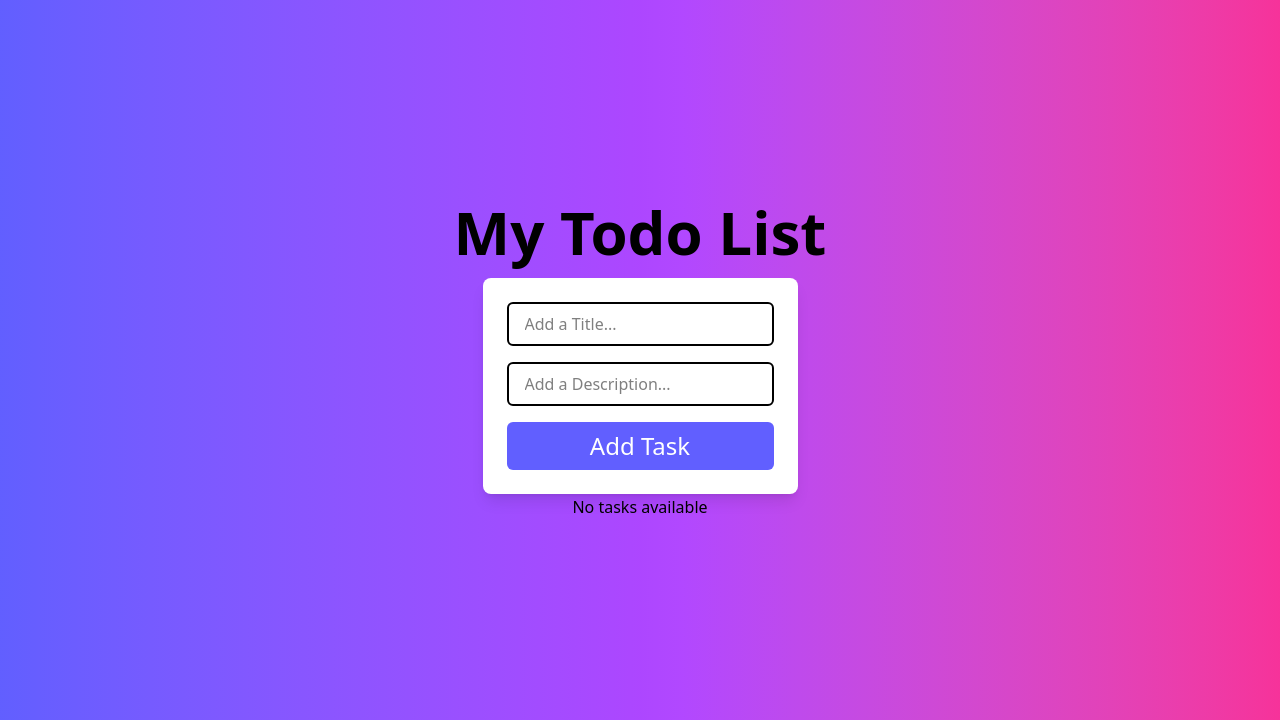
Repository: vgor15/todo-list
Page: /
These files come from the project's save history. The page is drawn as it stood at one moment and after a run of saves; the edit follows.
The browser window is 1280 px wide. The pictures show the whole page.
The project was rebuilt for these pictures with package versions that can differ from the ones it lists, and the page was loaded fresh each time. The framework's server and built-in components were replaced by stand-ins that run in the browser. Also part of the build but not shown: next.config.js, next.config.mjs.

Above is the page before, as saved 2025-03-05 10:58:54.

After the next 2 saves:
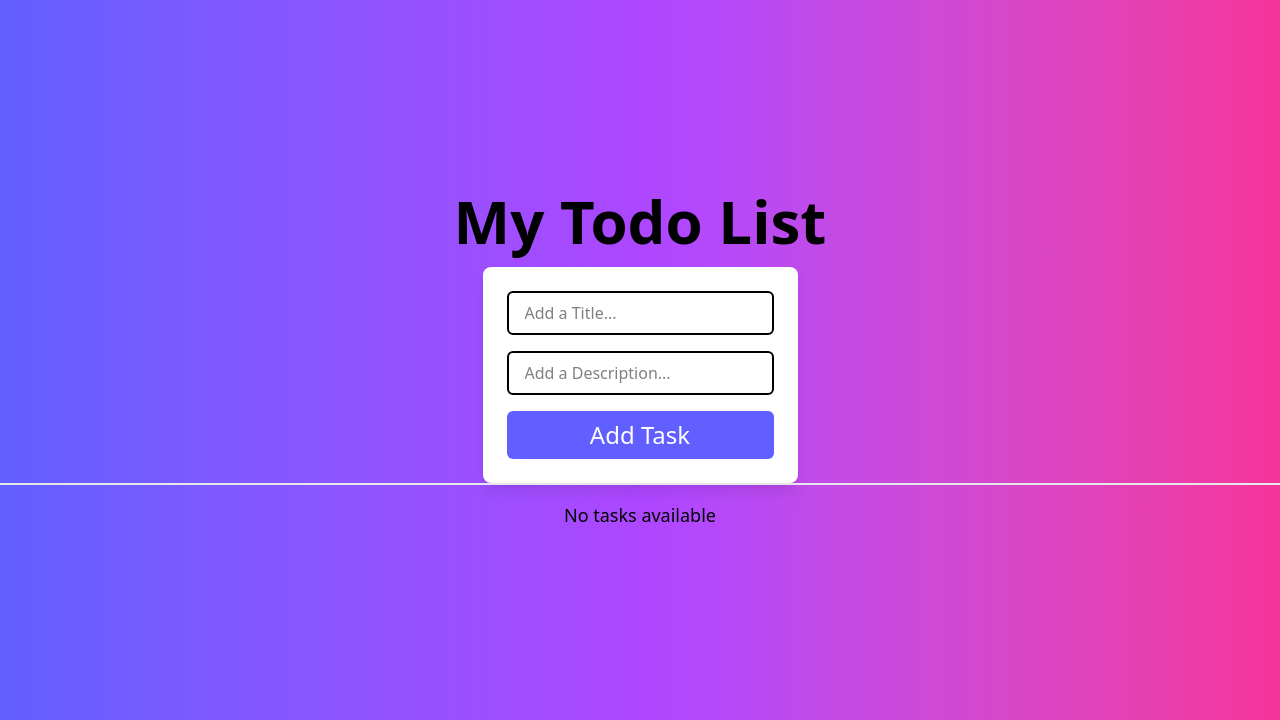
The 2 saves are shown as one change because they came seconds apart.
The last was saved 19 s later.
--- a/app/page.js
+++ b/app/page.js
@@ -37,25 +37,26 @@
           value={description}
           onChange={(e) => setDescription(e.target.value)}
         />
-        <button className="bg-indigo-500 px-4  py-2 rounded-md text-2xl text-white cursor-pointer">
+        <button className="bg-indigo-500 px-4  py-2 rounded-md text-2xl text-white cursor-pointer hover:bg-indigo-600">
           Add Task
         </button>
       </form>
-      <hr />
-      <div className="flex flex-col gap-4">
-        {mainTasks.length > 0
-          ? mainTasks.map((task, index) => (
-              <div
-                key={index}
-                className="flex justify-between items-center px-4 py-2 border-t-2 border-gray-200"
-              >
-                <h3>{task.title}</h3>
-                <p>{task.description}</p>
-              </div>
-            ))
-          : renderTask}
+      <hr className="w-full border-t-2 border-gray-200" />
+      <div className="flex flex-col gap-4 mt-4">
+        {mainTasks.length > 0 ? (
+          mainTasks.map((task, index) => (
+            <div
+              key={index}
+              className="flex justify-between items-center px-4 py-2 border-t-2 border-gray-200"
+            >
+              <h3 className="font-bold">{task.title}</h3>
+              <p>{task.description}</p>
+            </div>
+          ))
+        ) : (
+          <p className="text-center text-lg">{renderTask}</p>
+        )}
       </div>
-      {/* </div> */}
     </div>
   );
 };

After the save that followed:
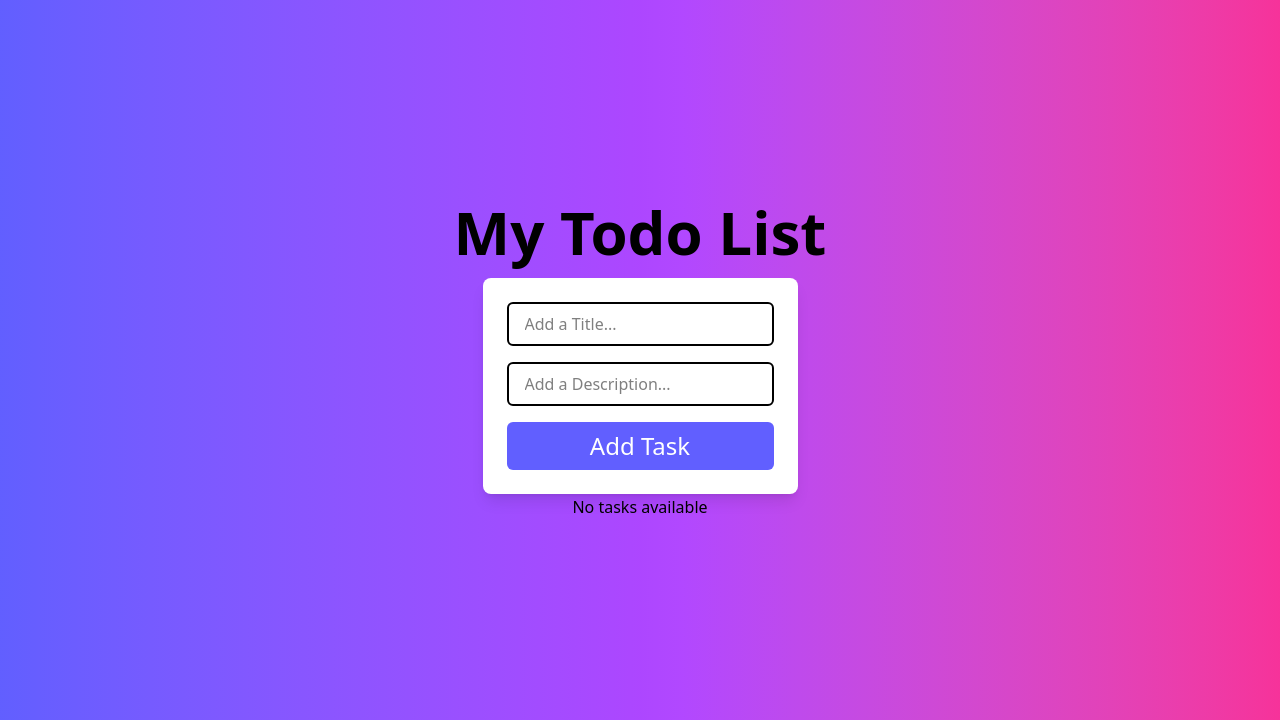
Saved 34 s later.
--- a/app/page.js
+++ b/app/page.js
@@ -37,26 +37,25 @@
           value={description}
           onChange={(e) => setDescription(e.target.value)}
         />
-        <button className="bg-indigo-500 px-4  py-2 rounded-md text-2xl text-white cursor-pointer hover:bg-indigo-600">
+        <button className="bg-indigo-500 px-4  py-2 rounded-md text-2xl text-white cursor-pointer">
           Add Task
         </button>
       </form>
-      <hr className="w-full border-t-2 border-gray-200" />
-      <div className="flex flex-col gap-4 mt-4">
-        {mainTasks.length > 0 ? (
-          mainTasks.map((task, index) => (
-            <div
-              key={index}
-              className="flex justify-between items-center px-4 py-2 border-t-2 border-gray-200"
-            >
-              <h3 className="font-bold">{task.title}</h3>
-              <p>{task.description}</p>
-            </div>
-          ))
-        ) : (
-          <p className="text-center text-lg">{renderTask}</p>
-        )}
+      <hr />
+      <div className="flex flex-col gap-4">
+        {mainTasks.length > 0
+          ? mainTasks.map((task, index) => (
+              <div
+                key={index}
+                className="flex justify-between items-center px-4 py-2 border-t-2 border-gray-200"
+              >
+                <h3>{task.title}</h3>
+                <p>{task.description}</p>
+              </div>
+            ))
+          : renderTask}
       </div>
+      {/* </div> */}
     </div>
   );
 };
